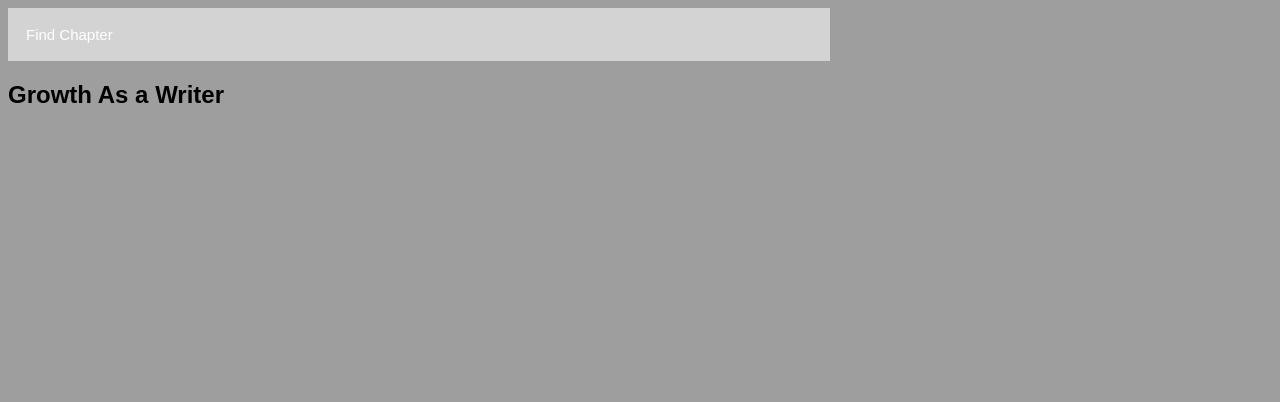
Repository: jpaisiem/WP-4
Page: index.html
The author's editor kept a copy of each file at every save. The page is drawn from the files as they stood at one save, then again after the next save.
The browser window is 1280 px wide. The pictures show the whole page.

Above is the page before, as saved 2025-04-29 12:03:33.

### index.html
<!DOCTYPE html>
<html>
<head>
<meta name="viewport" content="width=device-width, initial-scale=1">
<style>
    body{
        background-color: #9e9e9e;
        font-family: Arial, sans-serif;
    }
.collapsible {
  background-color: #777;
  color: white;
  cursor: pointer;
  padding: 18px;
  width: 100%;
  border: none;
  text-align: left;
  outline: none;
  font-size: 15px;
}

.active, .collapsible:hover {
  background-color: #555;
}
.content {
  padding: 0 18px;
  display: none;
  overflow: hidden;
  background-color: #f1f1f1;
}
</style>
</head>
<body>
<div style=" text-align: left; display: flex; flex-direction: row;"><button type="button" class="collapsible" style="margin-right: 35%; background-color: lightgray; border-color: transparent;">Find Chapter</button>
    <div class="content">
    <table>
    <tr>
      <td><a href="#">Chapter 1</a></td>
      <td><a href="#">Chapter 2</a></td>
      <td><a href="#">Chapter 3</a></td>
    </tr>
    <tr>
      <td><a href="#">Chapter 4</a></td>
      <td><a href="#">Chapter 5</a></td>
      <td><a href="#">Chapter 6</a></td>
    </tr>
  </table>
</div>
</div>
<h2>Growth As a Writer</h2>

<script>
var coll = document.getElementsByClassName("collapsible");
var i;

for (i = 0; i < coll.length; i++) {
  coll[i].addEventListener("click", function() {
    this.classList.toggle("active");
    var content = this.nextElementSibling;
    if (content.style.display === "block") {
      content.style.display = "none";
    } else {
      content.style.display = "block";
    }
  });
}
</script>


</body>
</html>

After the next save:
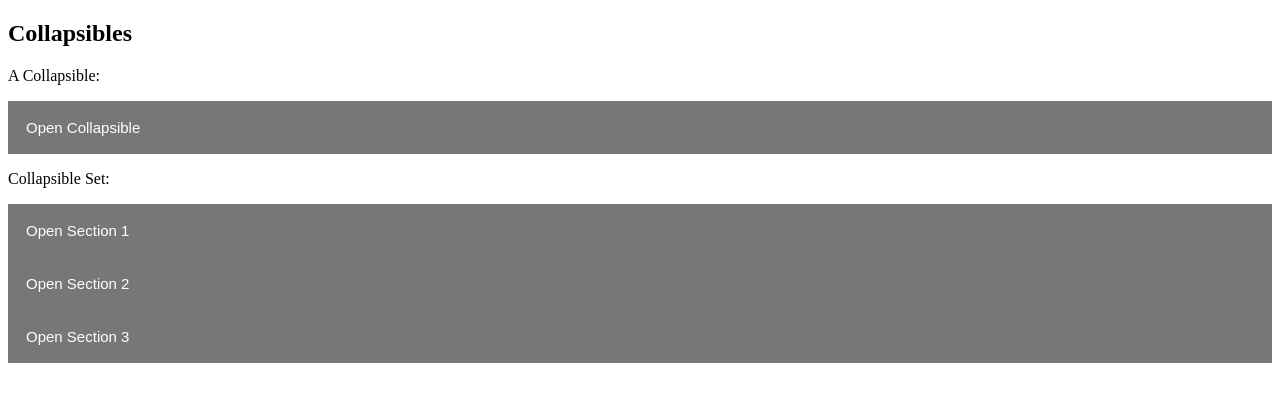
Saved 51 s later.
--- a/index.html
+++ b/index.html
@@ -3,10 +3,6 @@
 <head>
 <meta name="viewport" content="width=device-width, initial-scale=1">
 <style>
-    body{
-        background-color: #9e9e9e;
-        font-family: Arial, sans-serif;
-    }
 .collapsible {
   background-color: #777;
   color: white;
@@ -22,6 +18,7 @@
 .active, .collapsible:hover {
   background-color: #555;
 }
+
 .content {
   padding: 0 18px;
   display: none;
@@ -31,23 +28,28 @@
 </style>
 </head>
 <body>
-<div style=" text-align: left; display: flex; flex-direction: row;"><button type="button" class="collapsible" style="margin-right: 35%; background-color: lightgray; border-color: transparent;">Find Chapter</button>
-    <div class="content">
-    <table>
-    <tr>
-      <td><a href="#">Chapter 1</a></td>
-      <td><a href="#">Chapter 2</a></td>
-      <td><a href="#">Chapter 3</a></td>
-    </tr>
-    <tr>
-      <td><a href="#">Chapter 4</a></td>
-      <td><a href="#">Chapter 5</a></td>
-      <td><a href="#">Chapter 6</a></td>
-    </tr>
-  </table>
+
+<h2>Collapsibles</h2>
+
+<p>A Collapsible:</p>
+<button type="button" class="collapsible">Open Collapsible</button>
+<div class="content">
+  <p>Lorem ipsum dolor sit amet, consectetur adipisicing elit, sed do eiusmod tempor incididunt ut labore et dolore magna aliqua. Ut enim ad minim veniam, quis nostrud exercitation ullamco laboris nisi ut aliquip ex ea commodo consequat.</p>
 </div>
+
+<p>Collapsible Set:</p>
+<button type="button" class="collapsible">Open Section 1</button>
+<div class="content">
+  <p>Lorem ipsum dolor sit amet, consectetur adipisicing elit, sed do eiusmod tempor incididunt ut labore et dolore magna aliqua. Ut enim ad minim veniam, quis nostrud exercitation ullamco laboris nisi ut aliquip ex ea commodo consequat.</p>
 </div>
-<h2>Growth As a Writer</h2>
+<button type="button" class="collapsible">Open Section 2</button>
+<div class="content">
+  <p>Lorem ipsum dolor sit amet, consectetur adipisicing elit, sed do eiusmod tempor incididunt ut labore et dolore magna aliqua. Ut enim ad minim veniam, quis nostrud exercitation ullamco laboris nisi ut aliquip ex ea commodo consequat.</p>
+</div>
+<button type="button" class="collapsible">Open Section 3</button>
+<div class="content">
+  <p>Lorem ipsum dolor sit amet, consectetur adipisicing elit, sed do eiusmod tempor incididunt ut labore et dolore magna aliqua. Ut enim ad minim veniam, quis nostrud exercitation ullamco laboris nisi ut aliquip ex ea commodo consequat.</p>
+</div>
 
 <script>
 var coll = document.getElementsByClassName("collapsible");
@@ -66,6 +68,5 @@ for (i = 0; i < coll.length; i++) {
 }
 </script>
 
-
 </body>
 </html>
